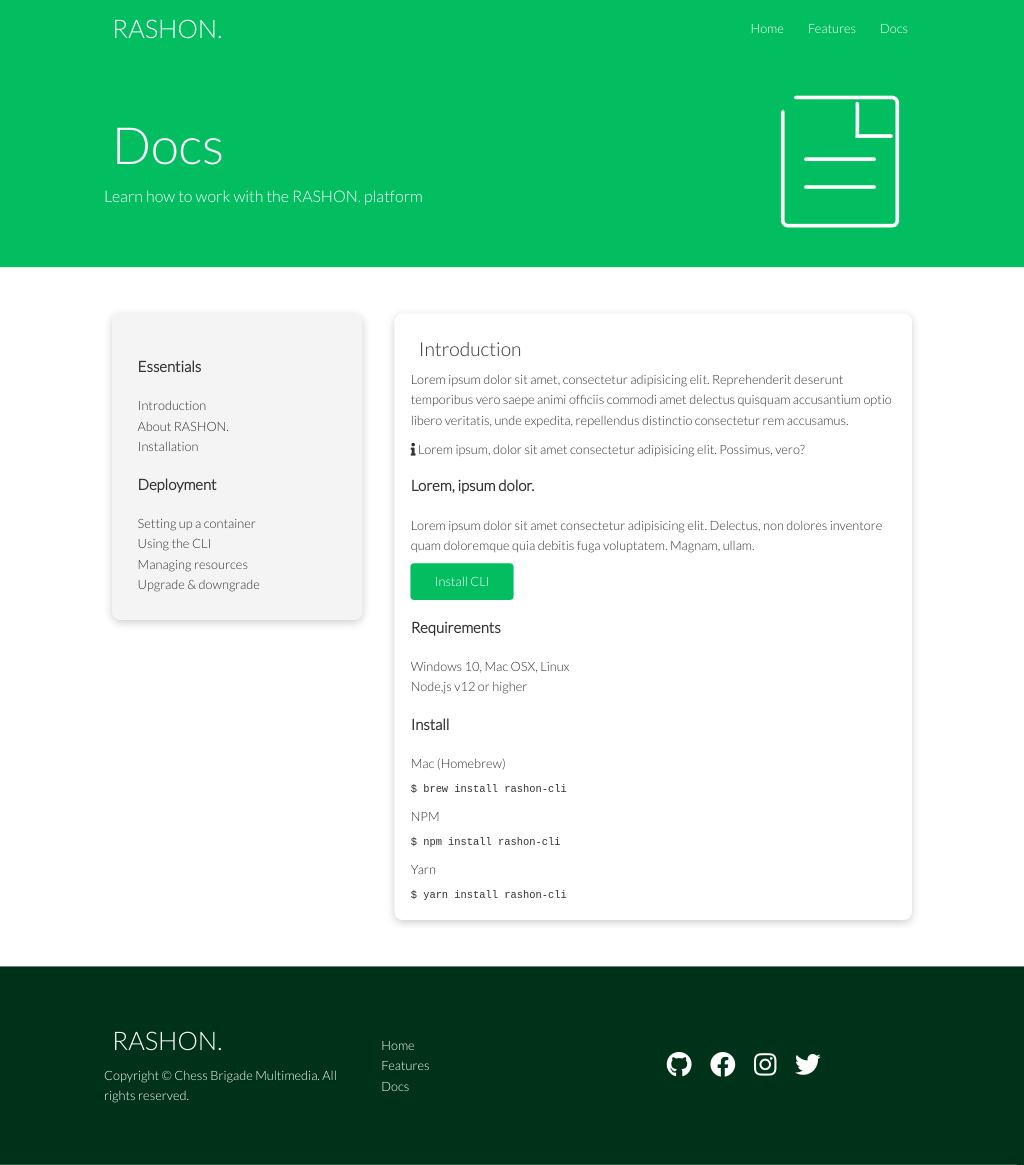
Repository: Skilis/website-modern
Page: docs.html
An editor plug-in stored every save of this project. The page is shown before and after the next save, followed by the edit.
The browser window is 1280 px wide. The pictures show the whole page, at 80% of full size.

Above is the page before, as saved 2020-10-24 12:43:25.

After the next save:
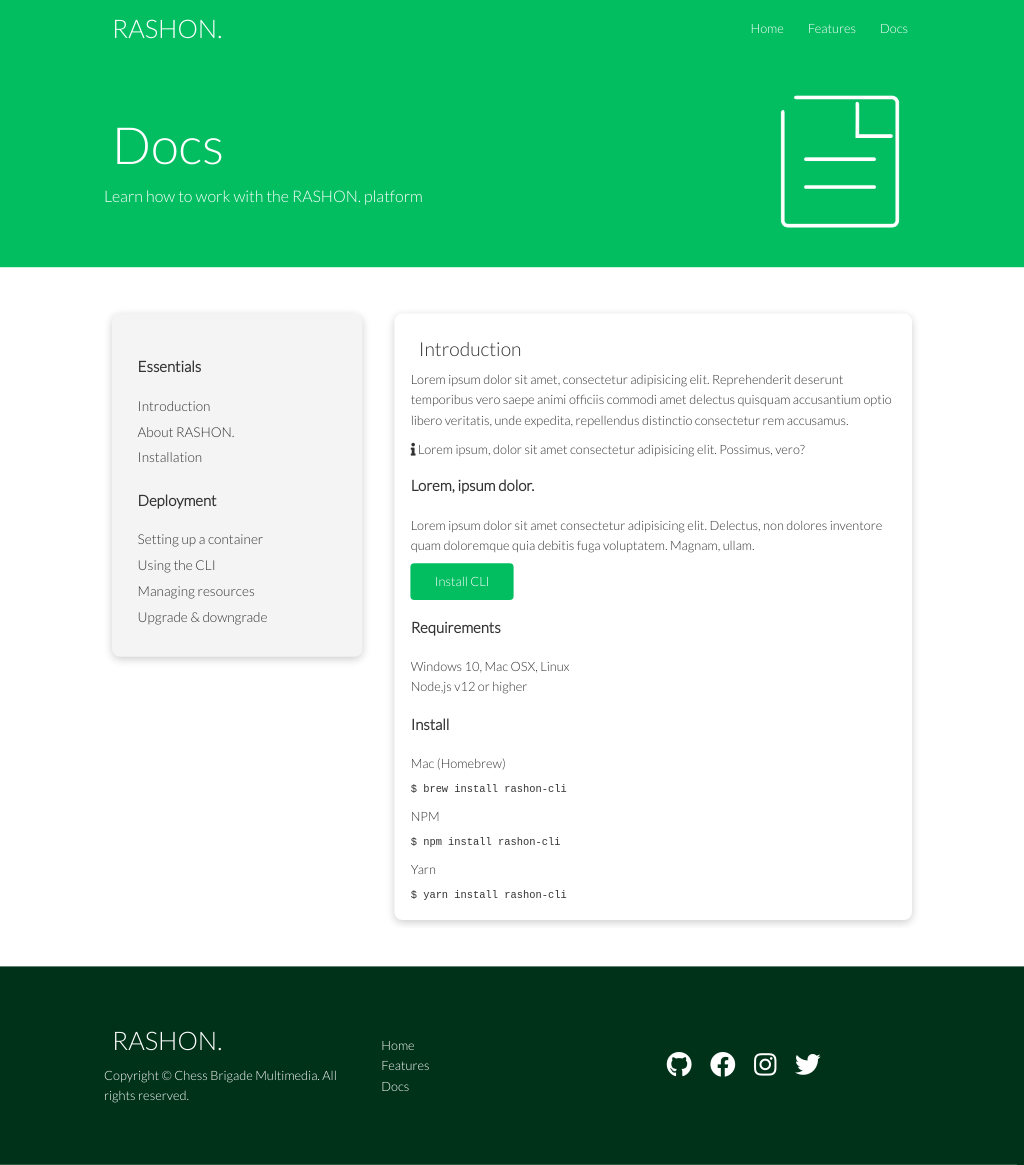
Saved 28 s later.
--- a/css/style.css
+++ b/css/style.css
@@ -233,7 +233,9 @@ img {
 }
 
 .docs-main nav li {
-  font-size
+  font-size: 17px;
+  padding-bottom: 5px;
+
 }
 
 /* Footer */
